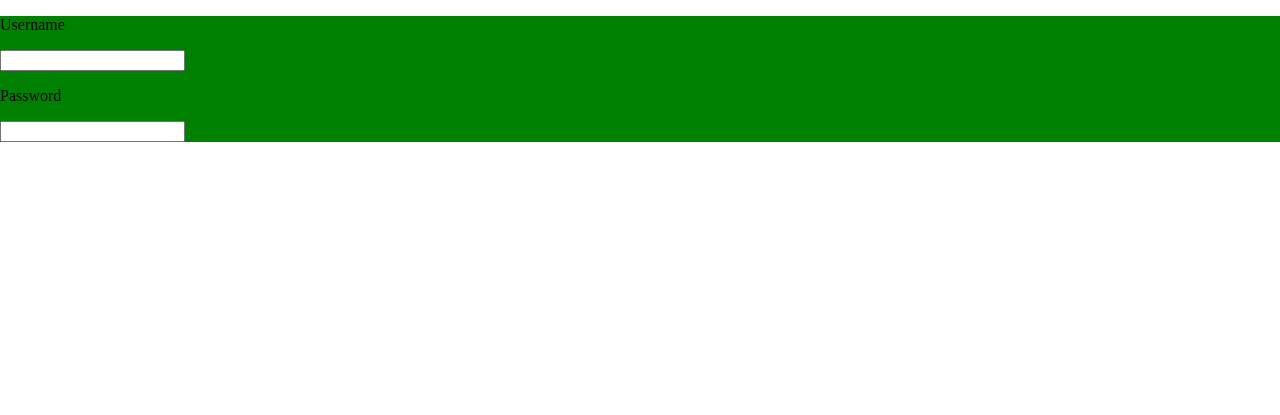
Repository: rdf004/playfab_blackjack
Page: /
These files come from the project's save history. The page is drawn as it stood at one moment and after the next save; the edit follows.
The browser window is 1280 px wide. The pictures show the whole page.
The project was rebuilt for these pictures with package versions that can differ from the ones it lists, and the page was loaded fresh each time. Also part of the build but not shown: src/Components/App.js.

Above is the page before, as saved 2020-05-07 20:09:38.

After the next save:
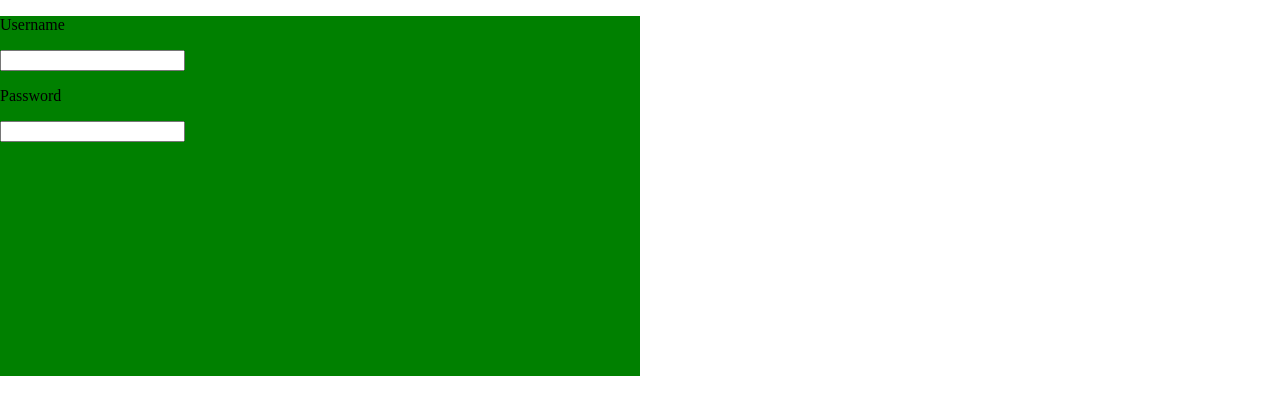
Saved 9 s later.
--- a/src/Style/style.css
+++ b/src/Style/style.css
@@ -1,5 +1,7 @@
 .login-div {
     background-color: green;
+    width: 50vw;
+    height: 50vh;
 }
 
 html, body {
